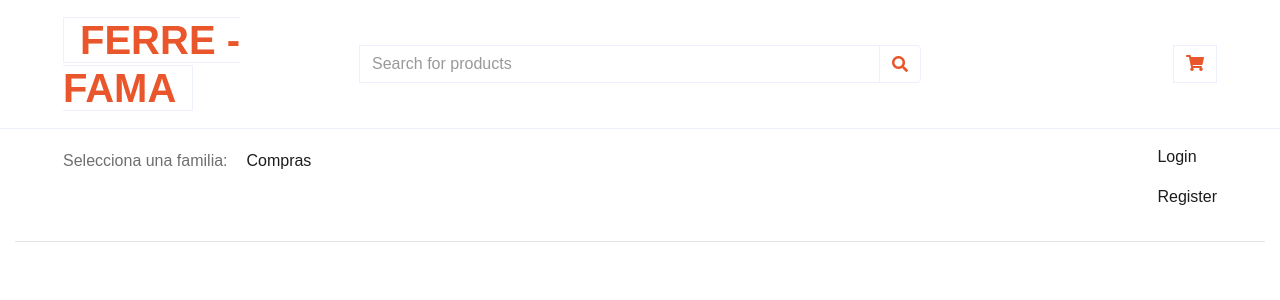
Repository: Yaqode/front-fama
Page: Views/header_admin.html
These files come from the project's save history. The page is drawn as it stood at one moment and after the next save; the edit follows.
The browser window is 1280 px wide. The pictures show the whole page.
Some web libraries are served in a nearby version.

Above is the page before, as saved 2023-12-19 10:23:08.

### Views/header_admin.html
<!DOCTYPE html>
<html lang="en">

<head>
    <meta charset="utf-8">
    <title>EShopper - Bootstrap Shop Template</title>
    <meta content="width=device-width, initial-scale=1.0" name="viewport">
    <meta content="Free HTML Templates" name="keywords">
    <meta content="Free HTML Templates" name="description">

    <!-- Favicon -->
    <link href="img/favicon.ico" rel="icon">

    <!-- Google Web Fonts -->
    <link rel="preconnect" href="https://fonts.gstatic.com">
    <link href="https://fonts.googleapis.com/css2?family=Poppins:wght@100;200;300;400;500;600;700;800;900&display=swap"
        rel="stylesheet">

    <!-- Font Awesome -->
    <link href="https://cdnjs.cloudflare.com/ajax/libs/font-awesome/5.10.0/css/all.min.css" rel="stylesheet">

    <!-- Libraries Stylesheet -->
    <link href="lib/owlcarousel/assets/owl.carousel.min.css" rel="stylesheet">
    <link href="https://stackpath.bootstrapcdn.com/bootstrap/4.5.2/css/bootstrap.min.css" rel="stylesheet">

    <!-- Customized Bootstrap Stylesheet -->
    <link href="./../css/style_header.css" rel="stylesheet">
</head>

<style>
   /* Estilo para ocultar las opciones por defecto y dar estilo al contenedor */
   .opciones-container {
    position: relative;
    display: inline-block;
  }

  .opciones {
    display: none;
    position: absolute;
    background-color: #f9f9f9;
    box-shadow: 0 8px 16px rgba(0,0,0,0.2);
    padding: 10px;
    z-index: 1;
  }

  /* Estilo para las opciones anidadas */
  .opciones-anidadas {
    margin-top: 10px;
  }

    #familias {
        display: none;
        position: absolute;
    }

    body {
        font-family: 'Arial', sans-serif;
        margin: 0;
        padding: 0;
    }

    .navbar {
        background-color: #f8f9fa;
        padding: 10px 20px;
    }

    .navbar a {
        text-decoration: none;
        color: #000;
        padding: 8px 16px;
        display: inline-block;
    }

    .dropdown {
        display: inline-block;
        position: relative;
    }

    .dropdown-content {
        display: none;
        position: absolute;
        background-color: #f8f9fa;
        box-shadow: 0 8px 16px rgba(0, 0, 0, 0.1);
        z-index: 1;
    }

    .dropdown:hover .dropdown-content {
        display: block;
    }

    .dropdown-content a {
        color: #000;
        padding: 12px 16px;
        display: block;
    }

    .dropdown-content a:hover {
        background-color: #ddd;
    }
</style>

<body>
    <!-- Topbar Start -->
    <div class="container-fluid">

        <div class="row align-items-center py-3 px-xl-5">
            <div class="col-lg-3 d-none d-lg-block">
                <a href="" class="text-decoration-none">
                    <h1 class="m-0 display-5 font-weight-semi-bold"><span
                            class="text-primary font-weight-bold border px-3 mr-1">FERRE - FAMA</span></h1>
                </a>
            </div>
            <div class="col-lg-6 col-6 text-left">
                <form action="">
                    <div class="input-group">
                        <input type="text" class="form-control" placeholder="Search for products">
                        <div class="input-group-append">
                            <span class="input-group-text bg-transparent text-primary">
                                <i class="fa fa-search"></i>
                            </span>
                        </div>
                    </div>
                </form>
            </div>
            <div class="col-lg-3 col-6 text-right">
                <a href="" class="btn border">
                    <i class="fas fa-shopping-cart text-primary"></i>
                </a>
            </div>
        </div>
    </div>
    <!-- Topbar End -->


    <!-- Navbar Start -->
    <div class="container-fluid mb-5">
        <div class="row border-top px-xl-5">
            <div class="col-lg-9">
                <nav class="navbar navbar-expand-lg bg-light navbar-light py-3 py-lg-0 px-0">
                    <a href="" class="text-decoration-none d-block d-lg-none">
                        <h1 class="m-0 display-5 font-weight-semi-bold"><span
                                class="text-primary font-weight-bold border px-3 mr-1">E</span>Shopper</h1>
                    </a>
                    <button type="button" class="navbar-toggler" data-toggle="collapse" data-target="#navbarCollapse">
                        <span class="navbar-toggler-icon"></span>
                    </button>
                    <div class="collapse navbar-collapse justify-content-between" id="navbarCollapse">
                        <div class="navbar-nav mr-auto py-0">
                            <!-- Dropdown Start -->
                            <div class="nav-item dropdown">
                                <div class="opciones-container" onmouseenter="mostrarOpciones('opciones1')" onmouseleave="ocultarOpciones('opciones1')">
                                    <label for="opciones1">Selecciona una familia:</label>
                                    <div id="opciones1" class="opciones">
                                      <p onmouseenter="mostrarOpciones('opciones2', this)" onclick="seleccionarOpcion('padres')">Padres</p>
                                      <p onmouseenter="mostrarOpciones('opciones2', this)" onclick="seleccionarOpcion('hermanos')">Hermanos</p>
                                      <p onmouseenter="mostrarOpciones('opciones2', this)" onclick="seleccionarOpcion('abuelos')">Abuelos</p>
                                      <p onmouseenter="mostrarOpciones('opciones2', this)" onclick="seleccionarOpcion('primos')">Primos</p>
                                      <p onmouseenter="mostrarOpciones('opciones2', this)" onclick="seleccionarOpcion('tios')">Tíos</p>
                                    </div>
                                  </div>

                                  <div class="opciones-container" onmouseenter="mostrarOpciones('opciones2')" onmouseleave="ocultarOpciones('opciones2')">
                                    <div id="opciones2" class="opciones opciones-anidadas">
                                      <p onclick="seleccionarOpcionAnidada('opcion_anidada_1')">Opción Anidada 1</p>
                                      <p onclick="seleccionarOpcionAnidada('opcion_anidada_2')">Opción Anidada 2</p>
                                      <p onclick="seleccionarOpcionAnidada('opcion_anidada_3')">Opción Anidada 3</p>
                                    </div>
                                  </div>

                                <a href="#" class="nav-item nav-link">Compras</a>
                            </div>
                        </div>
                </nav>
            </div>
            <div class="col-lg-3 d-flex justify-content-end align-items-center">
                <div class="navbar-nav ml-2 py-2">
                    <a href="#" class="nav-item nav-link text-dark">Login</a>
                    <a href="#" class="nav-item nav-link text-dark">Register</a>
                </div>
            </div>
        </div>
        <hr class="my-8">
    </div>
    <!-- Navbar End -->



    <!-- Back to Top -->
    <a href="#" class="btn btn-primary back-to-top"><i class="fa fa-angle-double-up"></i></a>


    <!-- JavaScript Libraries -->

    <script src="https://code.jquery.com/jquery-3.4.1.min.js"></script>
    <!-- Agrega los scripts de Bootstrap (Bootstrap 5) -->
    <script src="https://cdn.jsdelivr.net/npm/bootstrap@5.3.0/dist/js/bootstrap.bundle.min.js"></script>
    <script src="./../js/funciones_js/header_admin.js"> </script>
    <script src="lib/easing/easing.min.js"></script>
    <script src="lib/owlcarousel/owl.carousel.min.js"></script>
    <!-- Contact Javascript File -->
    <script src="mail/jqBootstrapValidation.min.js"></script>

</body>

</html>

### js/funciones_js/header_admin.js
function mostrarOpciones(id, parent) {
    // Mostrar las opciones al pasar el ratón sobre el contenedor
    var opciones = document.getElementById(id);
    opciones.style.display = "block";

    // Si hay un elemento padre, ajustar la posición del menú anidado
    if (parent) {
      var rect = parent.getBoundingClientRect();
      opciones.style.left = rect.left + rect.width + "px";
      opciones.style.top = rect.top + "px";
    }
  }

  function ocultarOpciones(id) {
    // Ocultar las opciones al salir del contenedor
    document.getElementById(id).style.display = "none";
  }

  function seleccionarOpcion(opcion) {
    // Realizar acciones con la opción seleccionada
    console.log("Seleccionaste: " + opcion);
    // Puedes agregar más acciones según tus necesidades
  }

  function seleccionarOpcionAnidada(opcion) {
    // Realizar acciones con la opción anidada seleccionada
    console.log("Seleccionaste anidada: " + opcion);
    // Puedes agregar más acciones según tus necesidades
  }

Loaded but not shown: css/owl.carousel.min.css (library); css/style_header.css (library); js/owl.carousel.min.js (library)

After the next save:
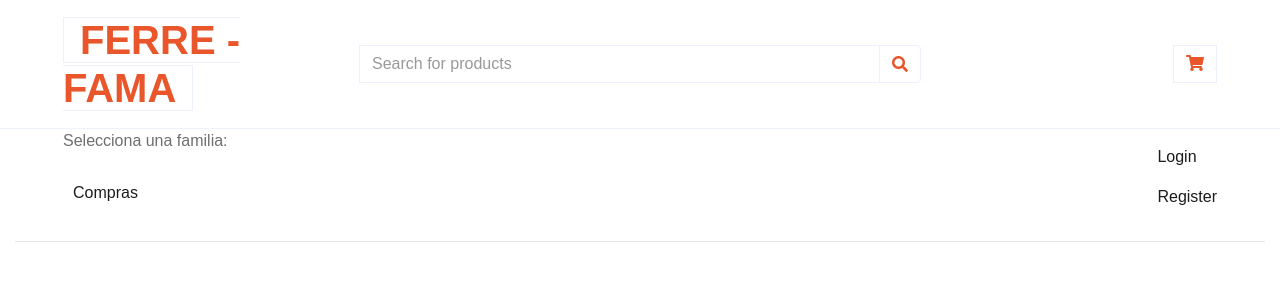
Saved 2 min 25 s later.
--- a/Views/header_admin.html
+++ b/Views/header_admin.html
@@ -159,7 +159,7 @@
                                     </div>
                                   </div>
 
-                                  <div class="opciones-container" onmouseenter="mostrarOpciones('opciones2')" onmouseleave="ocultarOpciones('opciones2')">
+                                  <div  onmouseenter="mostrarOpciones('opciones2')" onmouseleave="ocultarOpciones('opciones2')">
                                     <div id="opciones2" class="opciones opciones-anidadas">
                                       <p onclick="seleccionarOpcionAnidada('opcion_anidada_1')">Opción Anidada 1</p>
                                       <p onclick="seleccionarOpcionAnidada('opcion_anidada_2')">Opción Anidada 2</p>

After the save that followed:
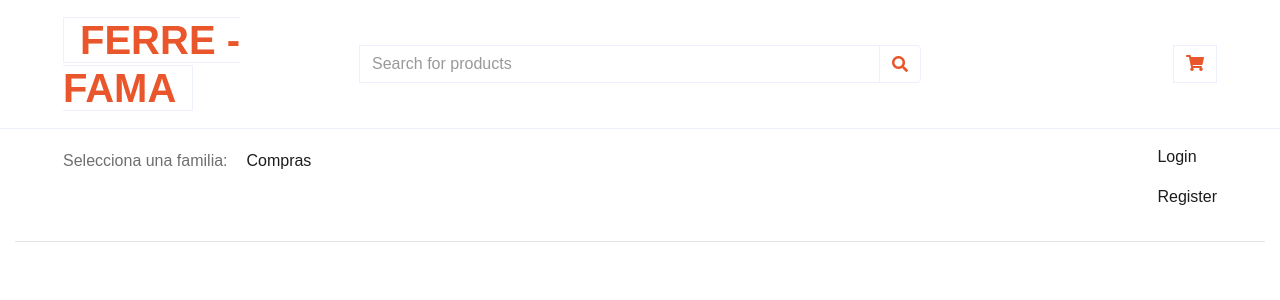
Saved 9 s later.
--- a/Views/header_admin.html
+++ b/Views/header_admin.html
@@ -159,7 +159,7 @@
                                     </div>
                                   </div>
 
-                                  <div  onmouseenter="mostrarOpciones('opciones2')" onmouseleave="ocultarOpciones('opciones2')">
+                                  <div class="opciones-container" onmouseenter="mostrarOpciones('opciones2')" onmouseleave="ocultarOpciones('opciones2')">
                                     <div id="opciones2" class="opciones opciones-anidadas">
                                       <p onclick="seleccionarOpcionAnidada('opcion_anidada_1')">Opción Anidada 1</p>
                                       <p onclick="seleccionarOpcionAnidada('opcion_anidada_2')">Opción Anidada 2</p>
